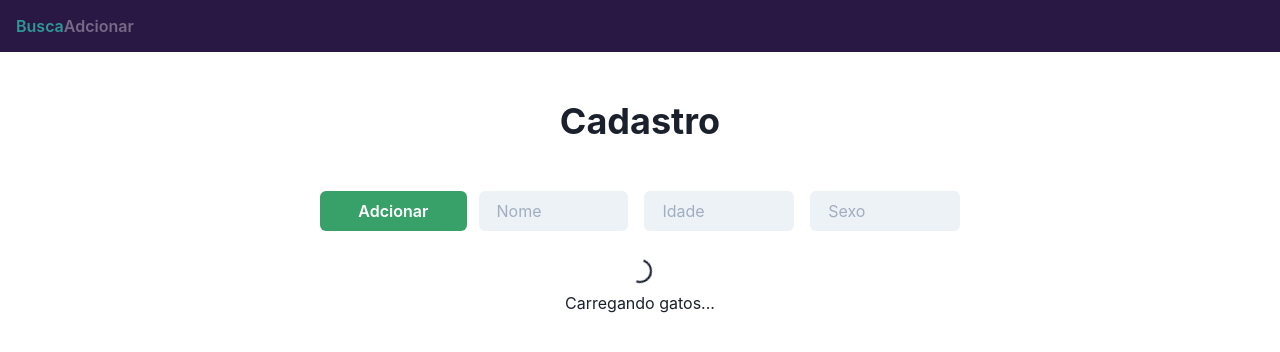
Repository: thislucasme/front-end-cats-react.js
Page: /cadastro
The author's editor kept a copy of each file at every save. The page is drawn from the files as they stood at one save, then again after the next save.
The browser window is 1280 px wide. The pictures show the whole page.
The page's requests for data from a server got no answer. The project was rebuilt for these pictures with package versions that can differ from the ones it lists, and the page was loaded fresh each time. No one was signed in, and anything a server would have sent is missing.

Above is the page before, as saved 2021-10-27 15:56:51.

### src/index.tsx
import { ColorModeScript } from "@chakra-ui/react"
import * as React from "react"
import ReactDOM from "react-dom"
import { App } from "./App"
import reportWebVitals from "./reportWebVitals"
import * as serviceWorker from "./serviceWorker"
import { ChakraProvider, theme } from '@chakra-ui/react'

ReactDOM.render(
  <React.StrictMode>
    <ColorModeScript />
    <ChakraProvider theme={theme}>
      <App />
    </ChakraProvider>
  </React.StrictMode>,
  document.getElementById("root"),
)

// If you want your app to work offline and load faster, you can change
// unregister() to register() below. Note this comes with some pitfalls.
// Learn more about service workers: https://cra.link/PWA
serviceWorker.unregister()

// If you want to start measuring performance in your app, pass a function
// to log results (for example: reportWebVitals(console.log))
// or send to an analytics endpoint. Learn more: https://bit.ly/CRA-vitals
reportWebVitals()

### src/App.tsx
import React from "react";
import { Cadastro } from "./pages/cadastro.gatos";
import { BrowserRouter, Switch, Route } from "react-router-dom";


export const App: React.FC = () => {
  return (
    <BrowserRouter>
      <Switch>
        <Route exact path={'/cadastro'} component={Cadastro} />
      </Switch>
    </BrowserRouter>
  );
}

### src/pages/cadastro.gatos.tsx
import { Button, Flex, Input, Container, Heading, VStack, Center } from "@chakra-ui/react";
import axios from "axios";
import React, { useState } from "react";
import { Lista } from "../components/lista.gatos";
import useSWR from "swr";
import { Menu } from "../components/menu";
export const Cadastro = () => {
	const [nome, setNome] = useState("");
	const [idade, setIdade] = useState("");
	const [sexo, setSexo] = useState("");


	const apiRequest = (url: string) => axios.get(url).then(response => response.data);

	//get all data
	const { data, error, mutate } = useSWR('http://localhost:3000/cats', apiRequest);

	const salvar = () => {

		const dadosTemp = {
			nome: nome,
			idade: Number(idade),
			sexo: sexo
		}

		axios.post('http://localhost:3000/cats/cat', dadosTemp)
			.then(result => {
				console.log("salvo");
				mutate();

			}).catch(error => {
				console.log("erro ao salvar")
			});
	}
	function onDeleteGato(id: number) {
		axios.delete('http://localhost:3000/cats/' + id)
			.then(response => {
				mutate();
			})
	}

	return (
		<Center>
			<VStack w="full">
				<Menu />
				<VStack w="50%">
					<Heading my={10}>Cadastro</Heading>
					<Flex w="full" mt={5}>
						<Button mr={3} w="full" colorScheme="green" onClick={() => { salvar() }}>Adcionar</Button>
						<Input valule={nome} onChange={(e) => { setNome(e.target.value) }} variant="filled" placeholder="Nome" />
						<Input valule={idade} onChange={(e) => { setIdade(e.target.value) }} ml={4} variant="filled" placeholder="Idade" />
						<Input valule={sexo} onChange={(e) => { setSexo(e.target.value) }} ml={4} variant="filled" placeholder="Sexo" />
					</Flex>

					<Lista gatos={data} onDelete={onDeleteGato} error={error} />
				</VStack>
			</VStack>
		</Center>
	);
}

### src/components/lista.gatos.tsx
import React from "react";
import { Button, Table, Tbody, Td, Th, Thead, Tr, Image, Spinner, VStack, Text, AlertIcon, Alert } from "@chakra-ui/react";
import { Cat } from "../cat.interface";


type Props = {
	gatos: Array<any>,
	error: any,
	onDelete: (id: number) => void
}

export const Lista = (props: Props) => {


	if (!props.gatos) return (
		<VStack>
			<Spinner mt={5} />
			<Text>Carregando gatos...</Text>
		</VStack>
	);

	if (props.error) {
		return (
			<Alert status="error">
				<AlertIcon />
				Ocorreu um erro
			</Alert>
		);
	}

	return (
		<Table mt={5} variant="simple">
			<Thead>
				<Tr>
					<Th>ID</Th>
					<Th>Nome</Th>
					<Th>Idade</Th>
					<Th>Sexo</Th>
					<Th>Ação</Th>
				</Tr>
			</Thead>
			<Tbody>
				{
					props.gatos?.map((res: Cat) => (
						<Tr key={res.idGato} color={"gray"} fontSize={"md"}>
							<Td>{res.idGato}</Td>
							<Td>{res.nome}</Td>
							<Td>{res.idade}</Td>
							<Td>{res.sexo}</Td>
							<Td><Button ml={4} variant={"ghost"} onClick={() => { props.onDelete(res.idGato) }}><Image src="https://i.ibb.co/89zmrZs/delete.png" /></Button></Td>
						</Tr>
					)).reverse()
				}

			</Tbody>

		</Table>
	);
}

### src/components/menu.tsx
import { Box, Button, Flex, Spacer } from "@chakra-ui/react";
import React from "react";
export const Menu = () => {
	return (
		<>
			<Flex p={4} bg={"#291744"} w={"full"}>
				<Button colorScheme="teal" variant="link">
					Busca
				</Button>
				<Button colorScheme="whiteAlpha" variant="link">
					Adcionar
				</Button>
			</Flex>
		</>
	);
}

Loaded but not shown: public/index.html (common file); src/reportWebVitals.ts (common file); src/serviceWorker.ts (common file)

After the next save:
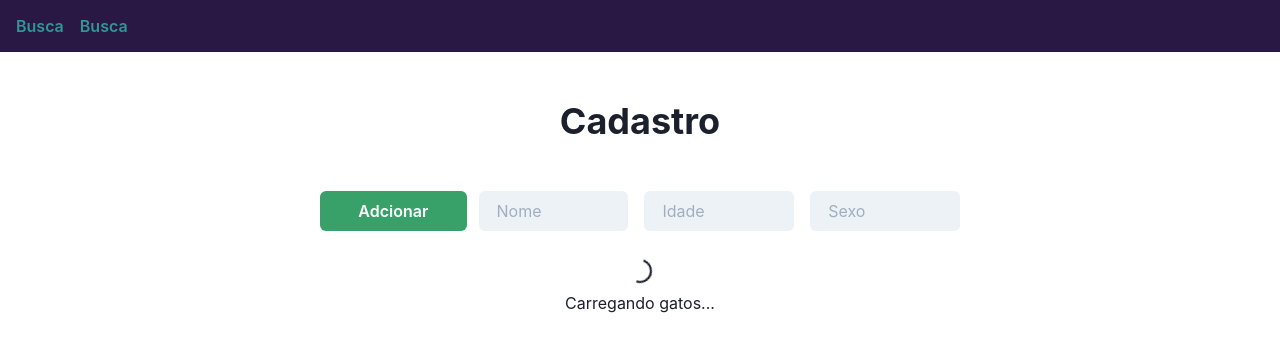
Saved 18 s later.
--- a/src/components/menu.tsx
+++ b/src/components/menu.tsx
@@ -4,11 +4,11 @@ export const Menu = () => {
 	return (
 		<>
 			<Flex p={4} bg={"#291744"} w={"full"}>
-				<Button colorScheme="teal" variant="link">
+				<Button pr={4} colorScheme="teal" variant="link">
 					Busca
 				</Button>
-				<Button colorScheme="whiteAlpha" variant="link">
-					Adcionar
+				<Button pr={4} colorScheme="teal" variant="link">
+					Busca
 				</Button>
 			</Flex>
 		</>
